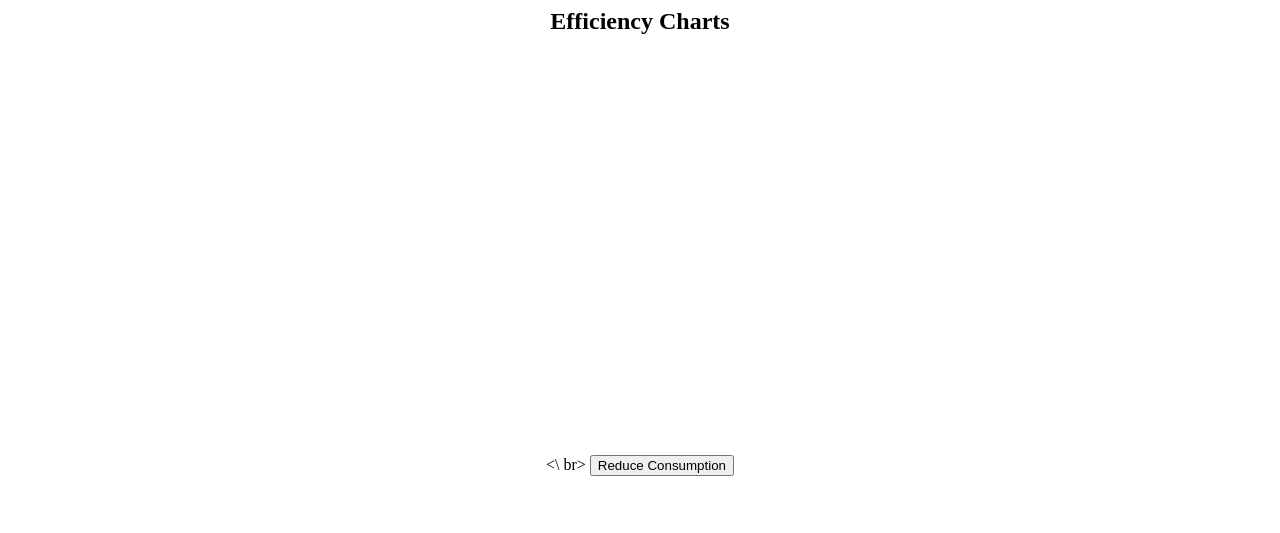
Repository: sau123/IoT-Distributive-System
Page: server/com.assignment2.server/WebContent/_views/efficiency.html
The author's editor kept a copy of each file at every save. The page is drawn from the files as they stood at one save, then again after a run of saves.
The browser window is 1280 px wide. The pictures show the whole page.

Above is the page before, as saved 2015-08-03 18:53:14.

After the next 2 saves:
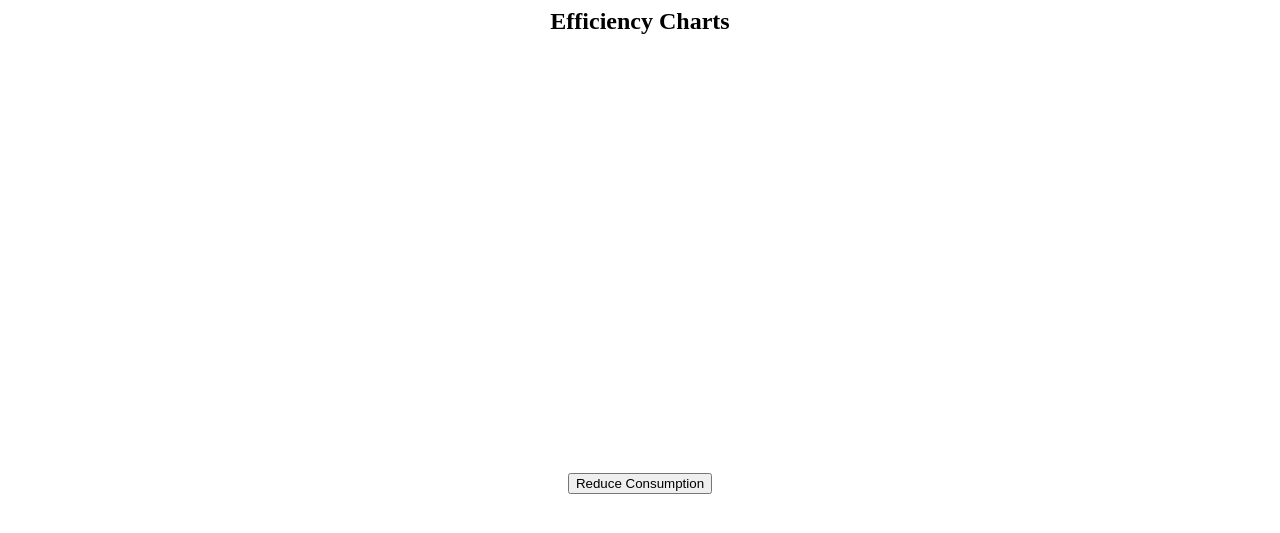
The 2 saves are shown as one change because they came seconds apart.
The last was saved 15 s later.
--- a/server/com.assignment2.server/WebContent/_views/efficiency.html
+++ b/server/com.assignment2.server/WebContent/_views/efficiency.html
@@ -6,7 +6,7 @@
 
 
 <div id="container" style="min-width: 310px; height: 400px; margin: 0 auto;"></div>
-<form data-ng-submit="callEnergyConsumption()"><\ br>
+<form data-ng-submit="callEnergyConsumption()"> <br>
 <button type = "submit" style = "color:black" >Reduce Consumption</button>
 </form>
 </div>
